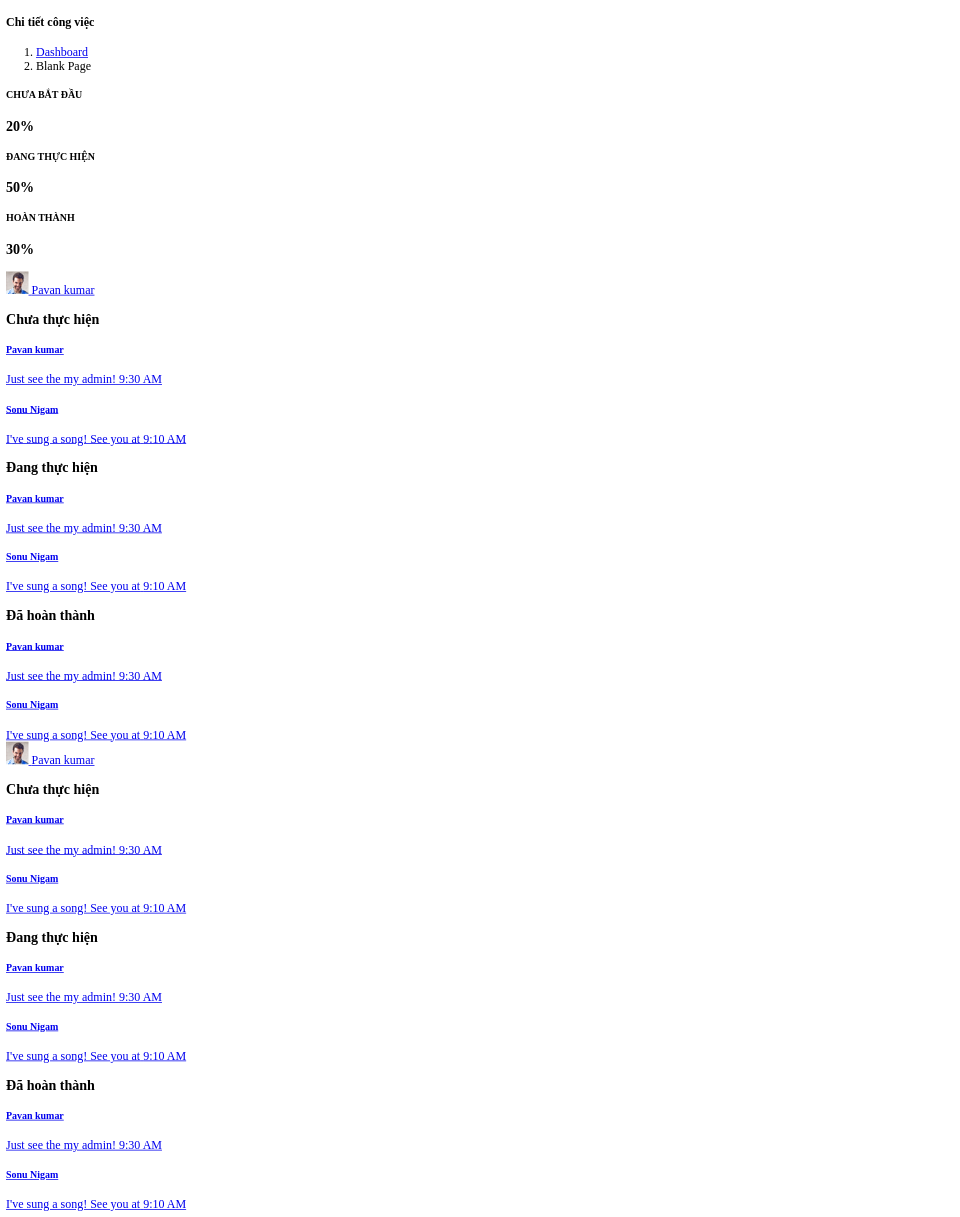
Repository: mindland/CrmApp
Page: http://localhost/CrmApp/WEB-INF/views/job/detail.jsp
These files come from the project's save history. The page is drawn as it stood at one moment and after the next save; the edit follows.
The browser window is 1280 px wide. The pictures show the whole page, at 75% of full size.
The page is served by Tomcat 9. Nobody is signed in. Other server files are loaded and not shown. The template is opened directly, without the code that normally fills it, so the values that code supplies are empty.

Above is the page before, as saved 2020-09-13 14:18:27.

### CrmApp/WebContent/WEB-INF/views/job/detail.jsp
<%@ page language="java" contentType="text/html; charset=UTF-8"
	pageEncoding="UTF-8"%>
<!DOCTYPE html>
<html>
<head>
<meta charset="UTF-8">
<title>Chi tiết công việc</title>
</head>
<body>
	<div class="row bg-title">
		<div class="col-lg-3 col-md-4 col-sm-4 col-xs-12">
			<h4 class="page-title">Chi tiết công việc</h4>
		</div>
		<div class="col-lg-9 col-sm-8 col-md-8 col-xs-12">
			<ol class="breadcrumb">
				<li><a href="#">Dashboard</a></li>
				<li class="active">Blank Page</li>
			</ol>
		</div>
		<!-- /.col-lg-12 -->
	</div>
	<!-- BEGIN THỐNG KÊ -->
	<div class="row">
		<!--col -->
		<div class="col-lg-4 col-md-4 col-sm-12 col-xs-12">
			<div class="white-box">
				<div class="col-in row">
					<div class="col-md-6 col-sm-6 col-xs-6">
						<i data-icon="E" class="linea-icon linea-basic"></i>
						<h5 class="text-muted vb">CHƯA BẮT ĐẦU</h5>
					</div>
					<div class="col-md-6 col-sm-6 col-xs-6">
						<h3 class="counter text-right m-t-15 text-danger">20%</h3>
					</div>
					<div class="col-md-12 col-sm-12 col-xs-12">
						<div class="progress">
							<div class="progress-bar progress-bar-danger" role="progressbar"
								aria-valuenow="40" aria-valuemin="0" aria-valuemax="100"
								style="width: 20%"></div>
						</div>
					</div>
				</div>
			</div>
		</div>
		<!-- /.col -->
		<!--col -->
		<div class="col-lg-4 col-md-4 col-sm-12 col-xs-12">
			<div class="white-box">
				<div class="col-in row">
					<div class="col-md-6 col-sm-6 col-xs-6">
						<i class="linea-icon linea-basic" data-icon="&#xe01b;"></i>
						<h5 class="text-muted vb">ĐANG THỰC HIỆN</h5>
					</div>
					<div class="col-md-6 col-sm-6 col-xs-6">
						<h3 class="counter text-right m-t-15 text-megna">50%</h3>
					</div>
					<div class="col-md-12 col-sm-12 col-xs-12">
						<div class="progress">
							<div class="progress-bar progress-bar-megna" role="progressbar"
								aria-valuenow="40" aria-valuemin="0" aria-valuemax="100"
								style="width: 50%"></div>
						</div>
					</div>
				</div>
			</div>
		</div>
		<!-- /.col -->
		<!--col -->
		<div class="col-lg-4 col-md-4 col-sm-12 col-xs-12">
			<div class="white-box">
				<div class="col-in row">
					<div class="col-md-6 col-sm-6 col-xs-6">
						<i class="linea-icon linea-basic" data-icon="&#xe00b;"></i>
						<h5 class="text-muted vb">HOÀN THÀNH</h5>
					</div>
					<div class="col-md-6 col-sm-6 col-xs-6">
						<h3 class="counter text-right m-t-15 text-primary">30%</h3>
					</div>
					<div class="col-md-12 col-sm-12 col-xs-12">
						<div class="progress">
							<div class="progress-bar progress-bar-primary" role="progressbar"
								aria-valuenow="40" aria-valuemin="0" aria-valuemax="100"
								style="width: 30%"></div>
						</div>
					</div>
				</div>
			</div>
		</div>
		<!-- /.col -->
	</div>
	<!-- END THỐNG KÊ -->

	<!-- BEGIN DANH SÁCH CÔNG VIỆC -->
	<div class="row">
		<div class="col-xs-12">
			<a href="#" class="group-title"> <img width="30"
				src="/CrmApp/static/plugins/images/users/pawandeep.jpg" class="img-circle" /> <span>Pavan
					kumar</span>
			</a>
		</div>
		<div class="col-md-4">
			<div class="white-box">
				<h3 class="box-title">Chưa thực hiện</h3>
				<div class="message-center">
					<a href="#">
						<div class="mail-contnet">
							<h5>Pavan kumar</h5>
							<span class="mail-desc">Just see the my admin!</span> <span
								class="time">9:30 AM</span>
						</div>
					</a> <a href="#">
						<div class="mail-contnet">
							<h5>Sonu Nigam</h5>
							<span class="mail-desc">I've sung a song! See you at</span> <span
								class="time">9:10 AM</span>
						</div>
					</a>
				</div>
			</div>
		</div>
		<div class="col-md-4">
			<div class="white-box">
				<h3 class="box-title">Đang thực hiện</h3>
				<div class="message-center">
					<a href="#">
						<div class="mail-contnet">
							<h5>Pavan kumar</h5>
							<span class="mail-desc">Just see the my admin!</span> <span
								class="time">9:30 AM</span>
						</div>
					</a> <a href="#">
						<div class="mail-contnet">
							<h5>Sonu Nigam</h5>
							<span class="mail-desc">I've sung a song! See you at</span> <span
								class="time">9:10 AM</span>
						</div>
					</a>
				</div>
			</div>
		</div>
		<div class="col-md-4">
			<div class="white-box">
				<h3 class="box-title">Đã hoàn thành</h3>
				<div class="message-center">
					<a href="#">
						<div class="mail-contnet">
							<h5>Pavan kumar</h5>
							<span class="mail-desc">Just see the my admin!</span> <span
								class="time">9:30 AM</span>
						</div>
					</a> <a href="#">
						<div class="mail-contnet">
							<h5>Sonu Nigam</h5>
							<span class="mail-desc">I've sung a song! See you at</span> <span
								class="time">9:10 AM</span>
						</div>
					</a>
				</div>
			</div>
		</div>
	</div>
	<div class="row">
		<div class="col-xs-12">
			<a href="#" class="group-title"> <img width="30"
				src="/CrmApp/static/plugins/images/users/pawandeep.jpg" class="img-circle" /> <span>Pavan
					kumar</span>
			</a>
		</div>
		<div class="col-md-4">
			<div class="white-box">
				<h3 class="box-title">Chưa thực hiện</h3>
				<div class="message-center">
					<a href="#">
						<div class="mail-contnet">
							<h5>Pavan kumar</h5>
							<span class="mail-desc">Just see the my admin!</span> <span
								class="time">9:30 AM</span>
						</div>
					</a> <a href="#">
						<div class="mail-contnet">
							<h5>Sonu Nigam</h5>
							<span class="mail-desc">I've sung a song! See you at</span> <span
								class="time">9:10 AM</span>
						</div>
					</a>
				</div>
			</div>
		</div>
		<div class="col-md-4">
			<div class="white-box">
				<h3 class="box-title">Đang thực hiện</h3>
				<div class="message-center">
					<a href="#">
						<div class="mail-contnet">
							<h5>Pavan kumar</h5>
							<span class="mail-desc">Just see the my admin!</span> <span
								class="time">9:30 AM</span>
						</div>
					</a> <a href="#">
						<div class="mail-contnet">
							<h5>Sonu Nigam</h5>
							<span class="mail-desc">I've sung a song! See you at</span> <span
								class="time">9:10 AM</span>
						</div>
					</a>
				</div>
			</div>
		</div>
		<div class="col-md-4">
			<div class="white-box">
				<h3 class="box-title">Đã hoàn thành</h3>
				<div class="message-center">
					<a href="#">
						<div class="mail-contnet">
							<h5>Pavan kumar</h5>
							<span class="mail-desc">Just see the my admin!</span> <span
								class="time">9:30 AM</span>
						</div>
					</a> <a href="#">
						<div class="mail-contnet">
							<h5>Sonu Nigam</h5>
							<span class="mail-desc">I've sung a song! See you at</span> <span
								class="time">9:10 AM</span>
						</div>
					</a>
				</div>
			</div>
		</div>
	</div>
</body>
</html>

After the next save:
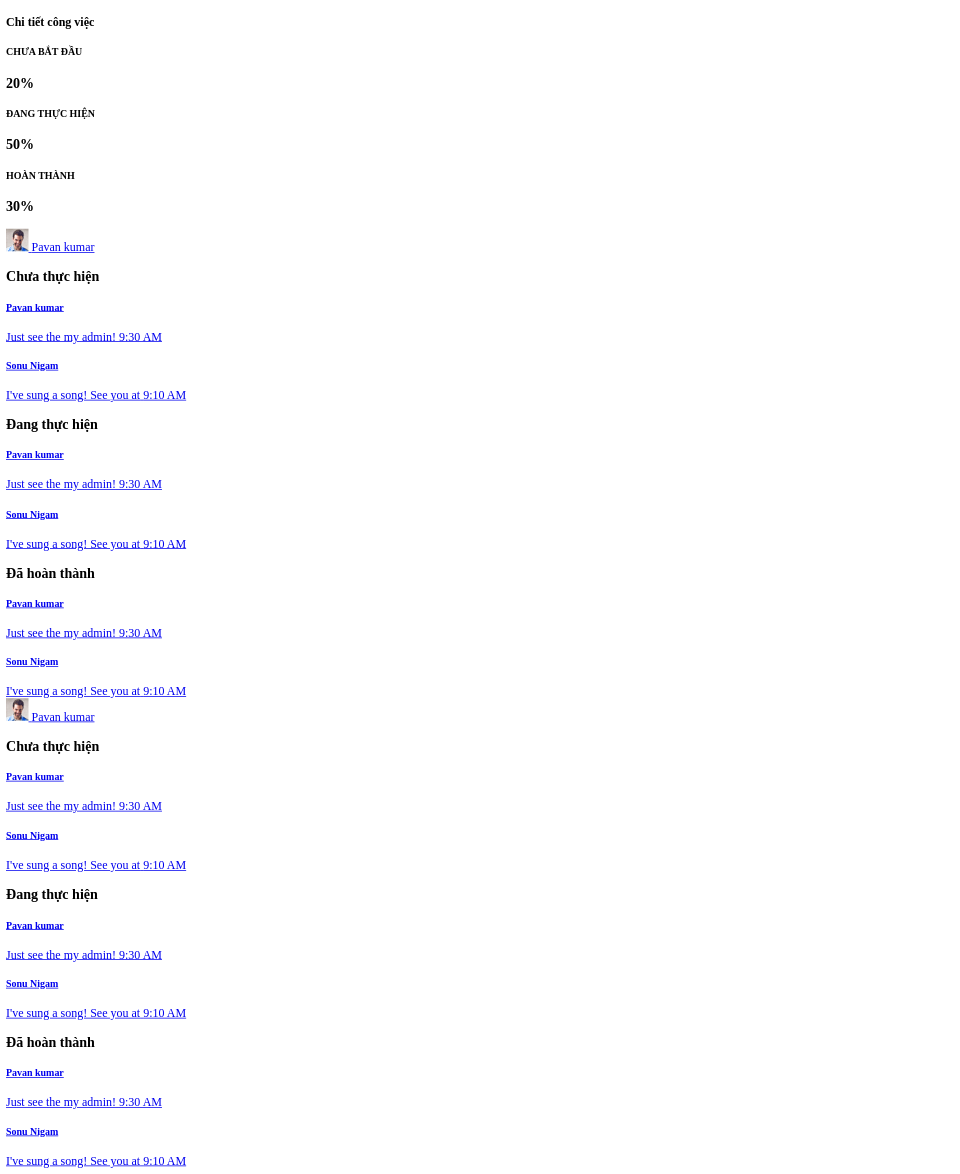
Saved 62 s later.
--- a/CrmApp/WebContent/WEB-INF/views/job/detail.jsp
+++ b/CrmApp/WebContent/WEB-INF/views/job/detail.jsp
@@ -11,13 +11,6 @@
 		<div class="col-lg-3 col-md-4 col-sm-4 col-xs-12">
 			<h4 class="page-title">Chi tiết công việc</h4>
 		</div>
-		<div class="col-lg-9 col-sm-8 col-md-8 col-xs-12">
-			<ol class="breadcrumb">
-				<li><a href="#">Dashboard</a></li>
-				<li class="active">Blank Page</li>
-			</ol>
-		</div>
-		<!-- /.col-lg-12 -->
 	</div>
 	<!-- BEGIN THỐNG KÊ -->
 	<div class="row">
